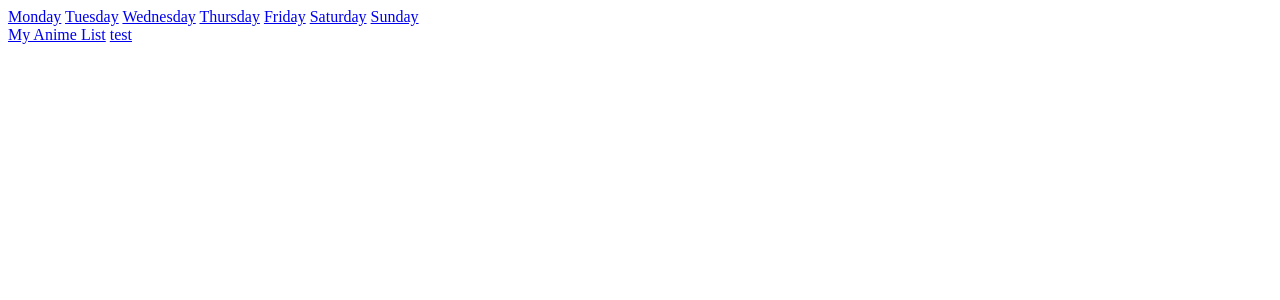
Repository: Art-of-Arts/dotFiles
Page: Documents/pages/index.html
An editor plug-in stored every save of this project. The page is shown before and after the next save, followed by the edit.
The browser window is 1280 px wide. The pictures show the whole page.

Above is the page before, as saved 2025-03-15 23:25:00.

After the next save:
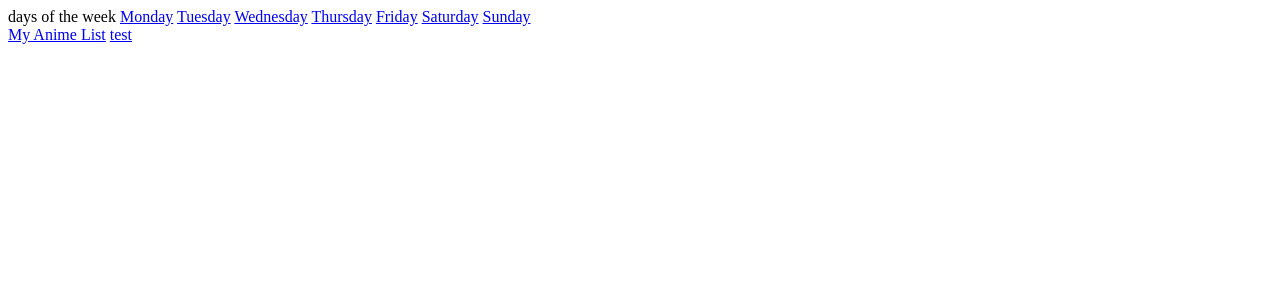
Saved 13 s later.
--- a/Documents/pages/index.html
+++ b/Documents/pages/index.html
@@ -3,7 +3,7 @@
 <title>Select Title</title>
 
 <div>
-    <body></body>
+    <body> days of the week</body>
     <a style="white-space: pre-line;" href="dotw/monday.html">Monday</a>
     <a style="white-space: pre-line;" href="dotw/tuesday.html">Tuesday</a>
     <a style="white-space: pre-line;" href="dotw/wednesday.html">Wednesday</a>
